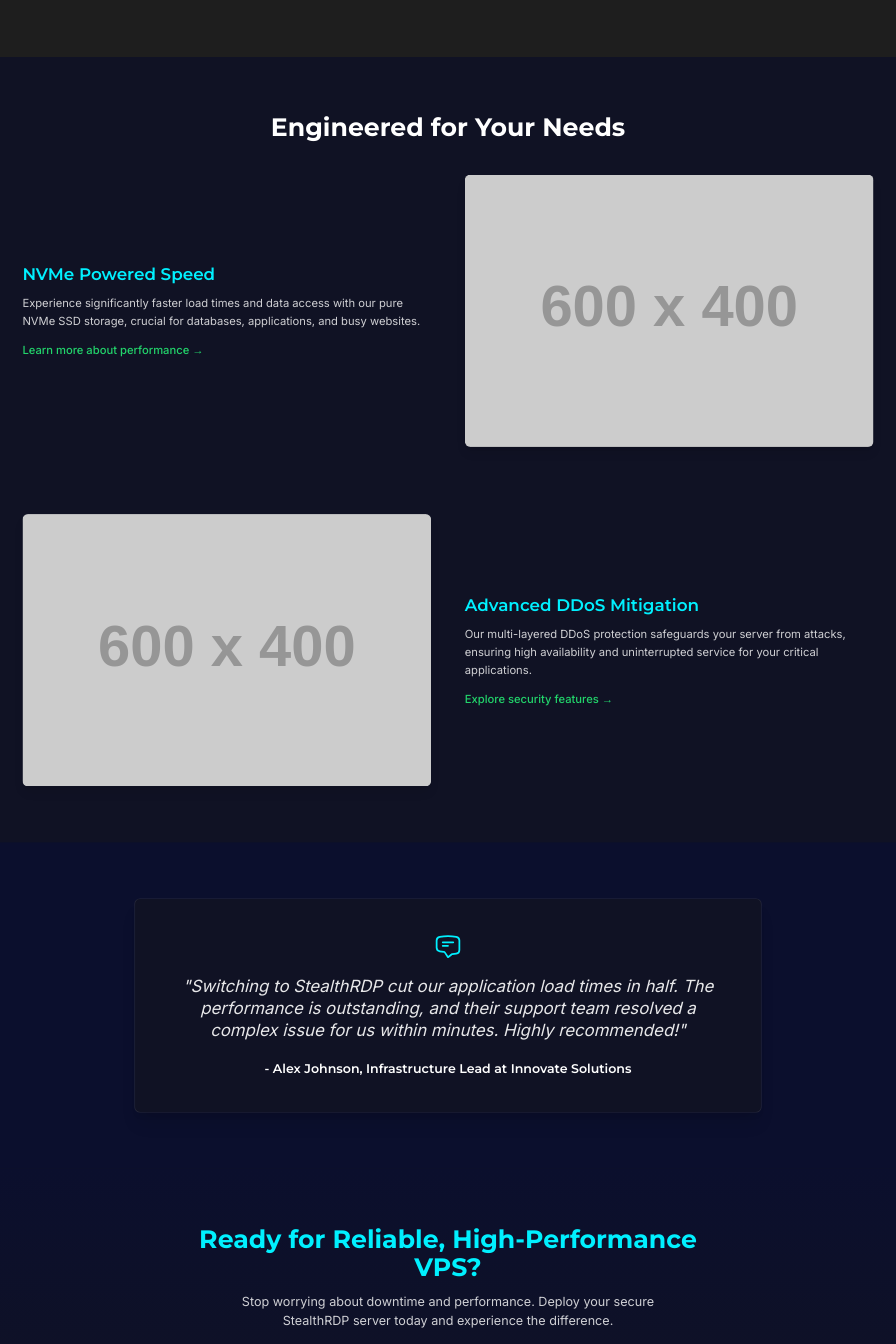
Repository: Husnainn01/stealthrdp2
Page: /
The author's editor kept a copy of each file at every save. The page is drawn from the files as they stood at one save, then again after the next save.
The browser window is 1280 px wide. The pictures show the part of the page from y = 1918 to 3838 px (the page is 4297 px tall before and 4176 px after), at 70% of full size.
The project was rebuilt for these pictures with package versions that can differ from the ones it lists, and the page was loaded fresh each time. Also part of the build but not shown: vite.config.ts, src/components/ui/tooltip.tsx, src/components/ui/accordion.tsx, src/pages/FAQ.tsx, src/components/ui/card.tsx, src/components/ui/tabs.tsx, src/pages/Plans.tsx, src/pages/Features.tsx and 1 more.

Above is the page before, as saved 2025-05-05 23:20:05.

After the next save:
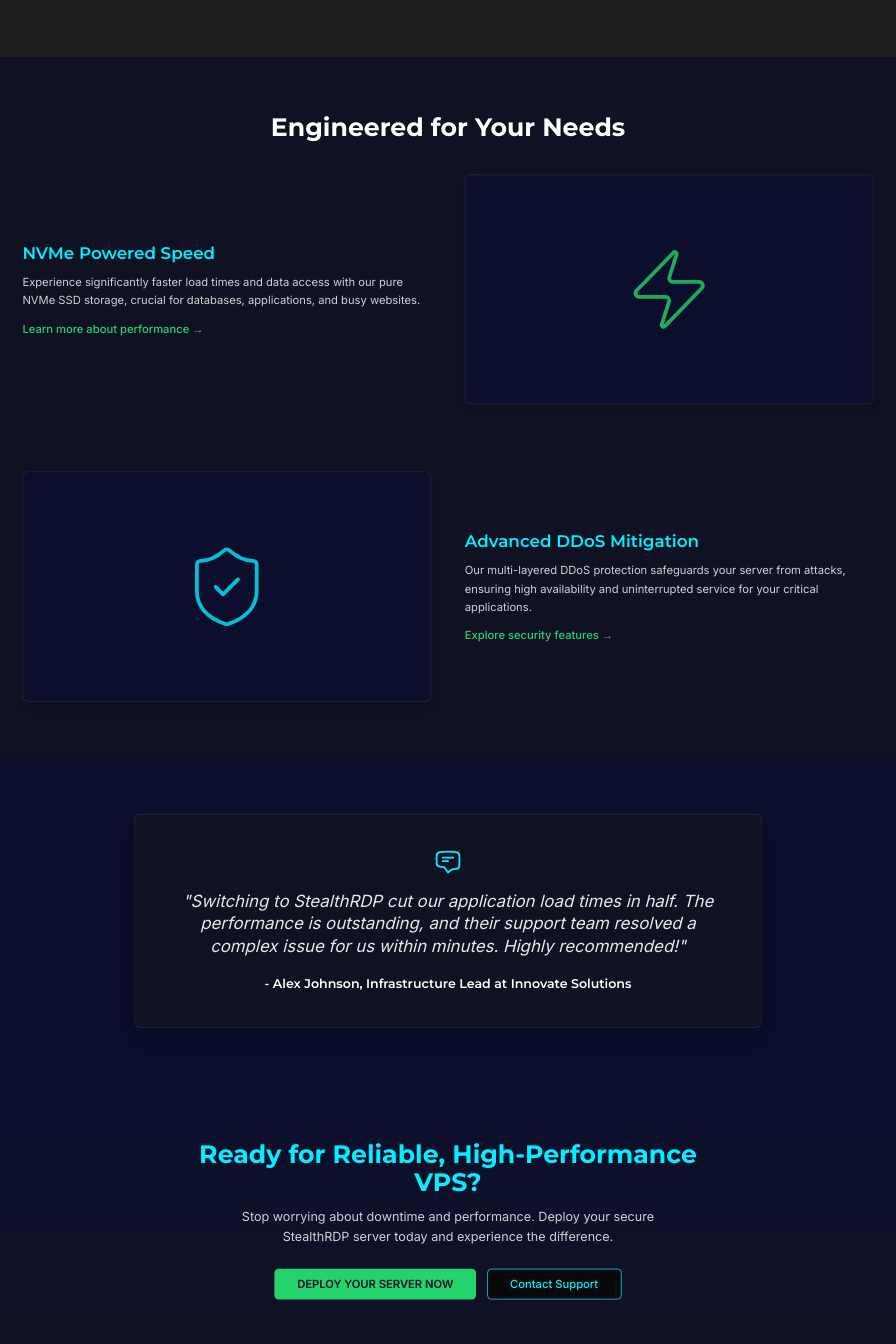
Saved 14 s later.
--- a/src/pages/Index.tsx
+++ b/src/pages/Index.tsx
@@ -200,12 +200,8 @@
 
           {/* Feature Row 1: Performance */}
           <div className="grid grid-cols-1 md:grid-cols-2 gap-12 items-center mb-16 md:mb-24">
-            <div className="md:order-2">
-              <img
-                src="https://placehold.co/600x400/1E1E1E/22D46B?text=NVMe+Performance"
-                alt="NVMe SSD Performance Visualization"
-                className="w-full h-auto rounded-lg shadow-lg"
-              />
+            <div className="md:order-2 flex justify-center items-center p-8 bg-midnight rounded-lg aspect-video border border-white/10 shadow-lg">
+              <Zap className="h-24 w-24 md:h-32 md:w-32 text-cyber opacity-80" strokeWidth={1} />
             </div>
             <div className="md:order-1">
               <h3 className="text-2xl font-semibold font-montserrat text-electric mb-3">NVMe Powered Speed</h3>
@@ -218,12 +214,8 @@
 
           {/* Feature Row 2: Security */}
           <div className="grid grid-cols-1 md:grid-cols-2 gap-12 items-center">
-            <div>
-              <img
-                src="https://placehold.co/600x400/1E1E1E/00F0FF?text=Advanced+Security"
-                alt="Advanced Security Shield"
-                className="w-full h-auto rounded-lg shadow-lg"
-              />
+            <div className="flex justify-center items-center p-8 bg-midnight rounded-lg aspect-video border border-white/10 shadow-lg">
+              <ShieldCheck className="h-24 w-24 md:h-32 md:w-32 text-electric opacity-80" strokeWidth={1} />
             </div>
             <div>
               <h3 className="text-2xl font-semibold font-montserrat text-electric mb-3">Advanced DDoS Mitigation</h3>
